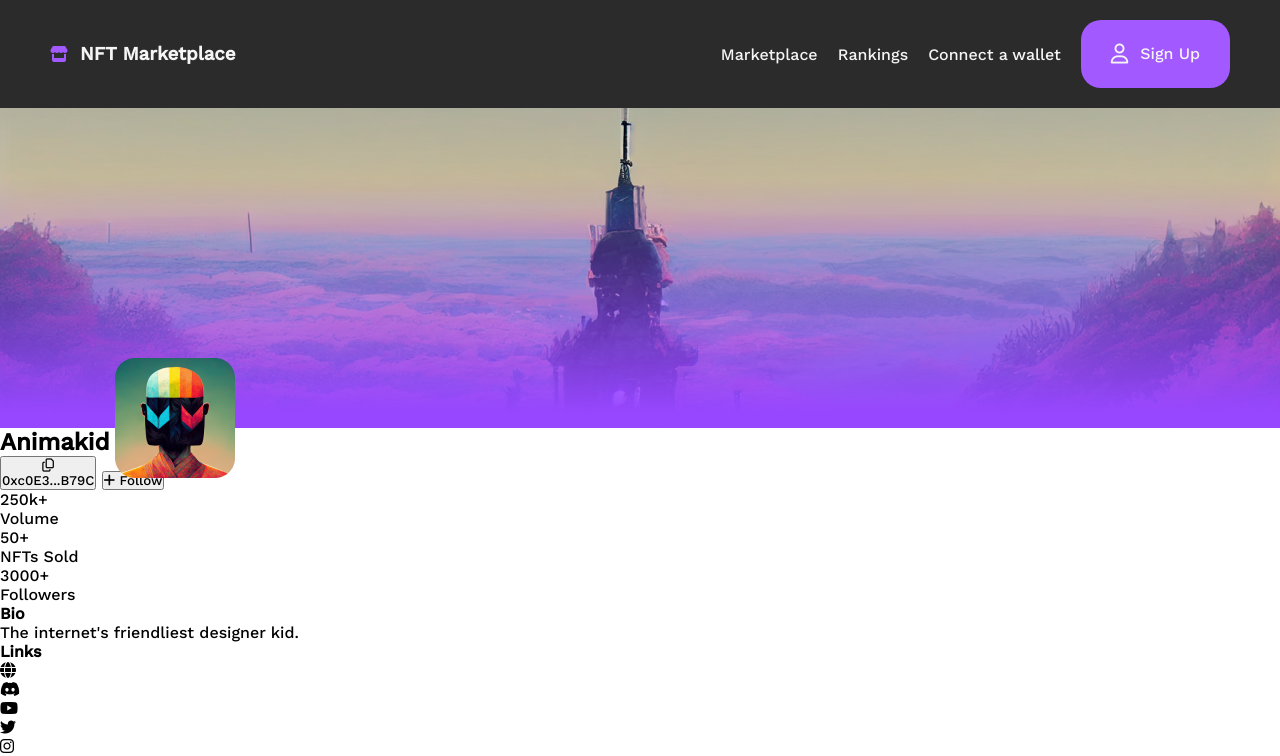
Repository: levananh202ht/NFT_Marketplace
Page: index.html
An editor plug-in stored every save of this project. The page is shown before and after the next save, followed by the edit.
The browser window is 1280 px wide. The pictures show the whole page.

Above is the page before, as saved 2023-12-09 13:33:39.

### index.html
<!DOCTYPE html>
<html lang="en">
<head>
    <meta charset="UTF-8">
    <meta name="viewport" content="width=device-width, initial-scale=1.0">
    <link rel="stylesheet" href="index.css">
    <link rel="stylesheet" href="responsive.css">
    <link rel="stylesheet" href="https://cdnjs.cloudflare.com/ajax/libs/font-awesome/6.5.1/css/all.min.css" integrity="sha512-DTOQO9RWCH3ppGqcWaEA1BIZOC6xxalwEsw9c2QQeAIftl+Vegovlnee1c9QX4TctnWMn13TZye+giMm8e2LwA==" crossorigin="anonymous" referrerpolicy="no-referrer" />
    <title>Document</title>
</head>
<body>
    <div class="nft_container">
        <!-- header -->
        <div class="nft_header">

            <div class="nft_header-left">
                <i class="fa-solid fa-store"></i>
                <h3>NFT Marketplace</h3>
            </div>

            <ul class="nft_header-right">
                <li class="nft_header-right-item">Marketplace</li>
                <li class="nft_header-right-item">Rankings</li>
                <li class="nft_header-right-item">Connect a wallet</li>
                <li class="nft_header-right-item">
                    <div>
                        <i class="fa-regular fa-user"></i>
                        <p>Sign Up</p>
                    </div>
                </li>
            </ul>

            <i class="icon-bar-responsive fa-solid fa-bars-staggered"></i>

        </div>
        <!-- profileImage -->
        <div class="nft_profileImage">
            <img src="./assets/images/Avatar Placeholder.png" alt="">
        </div>
        <!-- userInfo -->
        <div class="nft_userInfo">

            <div class="nft_userInfo-top">

                <h2>Animakid</h2>
                <button>
                    <i class="fa-regular fa-copy"></i>
                    <p>0xc0E3...B79C</p>
                </button>
                <button>
                    <i class="fa-solid fa-plus"></i>
                    Follow
                </button>

            </div>

            <div class="nft_userInfo-bottom">

                <div class="nft_userInfo-bottom-param">

                    <div>
                        <p>250k+</p>
                        <p>Volume</p>
                    </div>

                    <div>
                        <p>50+</p>
                        <p>NFTs Sold</p>
                    </div>

                    <div>
                        <p>3000+</p>
                        <p>Followers</p>
                    </div>

                </div>

                <div class="nft_userInfo-bottom-bio">

                    <h4>Bio</h4>
                    <p>The internet's friendliest designer kid.</p>

                </div>

                <div class="nft_userInfo-bottom-links">

                    <h4>Links</h4>
                    <ul>
                        <li>
                            <i class="fa-solid fa-globe"></i>
                        </li>
                        <li>
                            <i class="fa-brands fa-discord"></i>
                        </li>
                        <li>
                            <i class="fa-brands fa-youtube"></i>
                        </li>
                        <li>
                            <i class="fa-brands fa-twitter"></i>
                        </li>
                        <li>
                            <i class="fa-brands fa-instagram"></i>
                        </li>
                    </ul>

                </div>

            </div>

        </div>

        <div class="nft_tab"></div>

        <div class="nft_cardSection"></div>

        <div class="footer"></div>

    </div>
</body>
</html>

### index.css
@import url('https://fonts.googleapis.com/css2?family=Work+Sans:ital,wght@0,500;1,500&display=swap');

* {
    margin: 0;
    padding: 0;
    box-sizing: border-box;
    font-family: 'Work Sans', sans-serif;
}
    /* CSS header */
.nft_header {
    background: #2B2B2B;
    display: flex;
    justify-content: space-between;
    color: #F5F5F5;
    padding: 20px 50px;
}

.nft_header .nft_header-left {
    display: flex;
    align-items: center;
}
.nft_header .nft_header-left i {
    color: #A259FF;
}
.nft_header .nft_header-left h3 {
    margin-left: 12px;
}

.nft_header .nft_header-right {
    display: flex;
    list-style:  none;
    align-items: center;

}

.nft_header .nft_header-right .nft_header-right-item {
    margin-left: 20px;
    font-size: 16px;
}

.nft_header .nft_header-right .nft_header-right-item:last-child div {
    padding: 24px 30px;
    display: flex;
    border-radius: 20px;
    background: #A259FF;
}

.nft_header .nft_header-right .nft_header-right-item:last-child div i {
    font-size: 20px;
}

.nft_header .nft_header-right .nft_header-right-item:last-child div p {
    margin-left: 12px;
    font-size: 16px;
}
.nft_header .icon-bar-responsive {
    display: none;
}
    /* CSS profileImage */
.nft_profileImage {
    width: 100%;
    height: 320px;
    background-image: url("./assets/images/Image PlaceHolder.png");
    position: relative;

}

.nft_profileImage img {
    left: 9%;
    position: absolute;
    bottom: -50px;
}
    /* CSS userInfo */
.nft_userInfo {
    top: 50px;
}
.nft_userInfo .nft_userInfo-top{

}

### responsive.css
@media screen and (max-width: 768px) {

    .nft_header{
        align-items: center;
    }

    .nft_header .nft_header-right {
        display: none;
    }
    .nft_header .icon-bar-responsive{
        display: block;
    }
}
@media screen and (max-width: 418px) {
    /* header */
    .nft_header{
        padding: 15px 30px;
    }
    /* profileImage */
    .nft_profileImage img{
        left: 34%;
    }

}

After the next save:
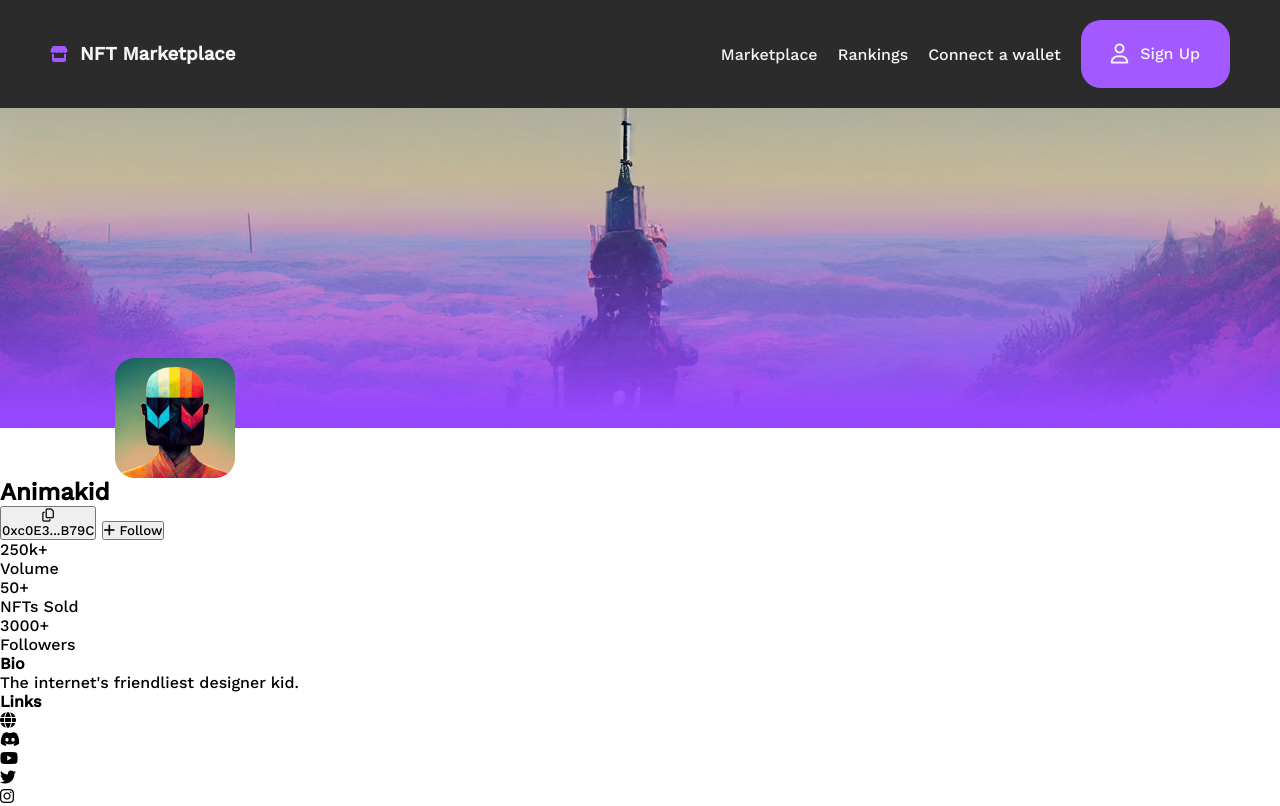
Saved 21 s later.
--- a/index.css
+++ b/index.css
@@ -72,7 +72,7 @@
 }
     /* CSS userInfo */
 .nft_userInfo {
-    top: 50px;
+    margin-top: 50px;
 }
 .nft_userInfo .nft_userInfo-top{
 
